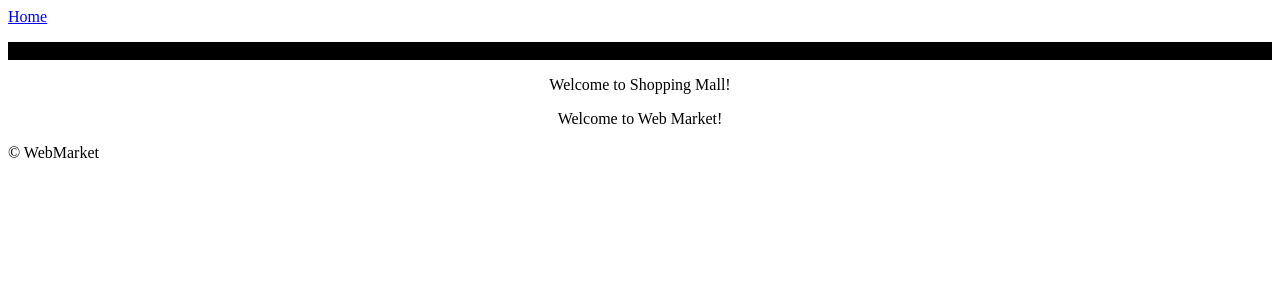
Repository: sunyeongan/Univ_lecture
Page: http://localhost/week7_jsp/ex5.jsp
An editor plug-in stored every save of this project. The page is shown before and after the next save, followed by the edit.
The browser window is 1280 px wide. The pictures show the whole page.
The page is served by Tomcat 9.

Above is the page before, as saved 2022-04-14 02:55:18.

### WebSever_2022/work/week7/week7_jsp/src/main/webapp/ex5.jsp
<%@ page language="java" contentType="text/html; charset=EUC-KR"
    pageEncoding="EUC-KR"%>
<!DOCTYPE html>
<html>
<head>
<meta charset="EUC-KR">
<title>Insert title here</title>
<style>
	div{
		text-align : center;
	}
	.menubar{
		width : 100%;
		height : 30%;
		background-color : black;
	}
	.main{
		width : 100%;
		height : 50%;
		background-color : grey;
		font-size : 10px;

	}
	.mid{
		font - size : 5px;
	}
</style>
</head>
<body>

<nav class="site">
	<a class ="bar" href="./환영.jsp">Home</a>
</nav>

<div class="menubar">
	<p>Welcome to Shopping Mall!</p>
</div>
<div class="shop">
	<p>Welcome to Shopping Mall!</p>
</div>

<div class = "mid">
	<p>Welcome to Web Market!</p>
</div>

<div class = "main">
</div>
<footer class="">
<p>&copy; WebMarket</p>
</footer>
</body>
</html>

After the next save:
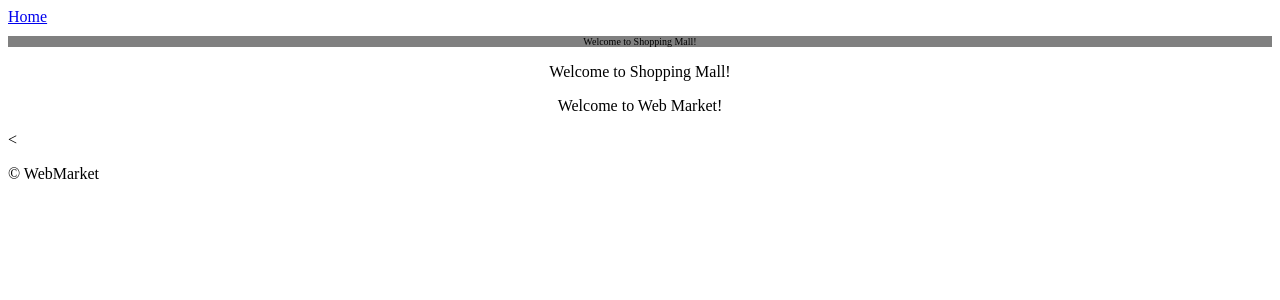
Saved 24 s later.
--- a/WebSever_2022/work/week7/week7_jsp/src/main/webapp/ex5.jsp
+++ b/WebSever_2022/work/week7/week7_jsp/src/main/webapp/ex5.jsp
@@ -24,6 +24,7 @@
 	.mid{
 		font - size : 5px;
 	}
+
 </style>
 </head>
 <body>
@@ -32,7 +33,7 @@
 	<a class ="bar" href="./환영.jsp">Home</a>
 </nav>
 
-<div class="menubar">
+<div class="main">
 	<p>Welcome to Shopping Mall!</p>
 </div>
 <div class="shop">
@@ -43,8 +44,7 @@
 	<p>Welcome to Web Market!</p>
 </div>
 
-<div class = "main">
-</div>
+<
 <footer class="">
 <p>&copy; WebMarket</p>
 </footer>
